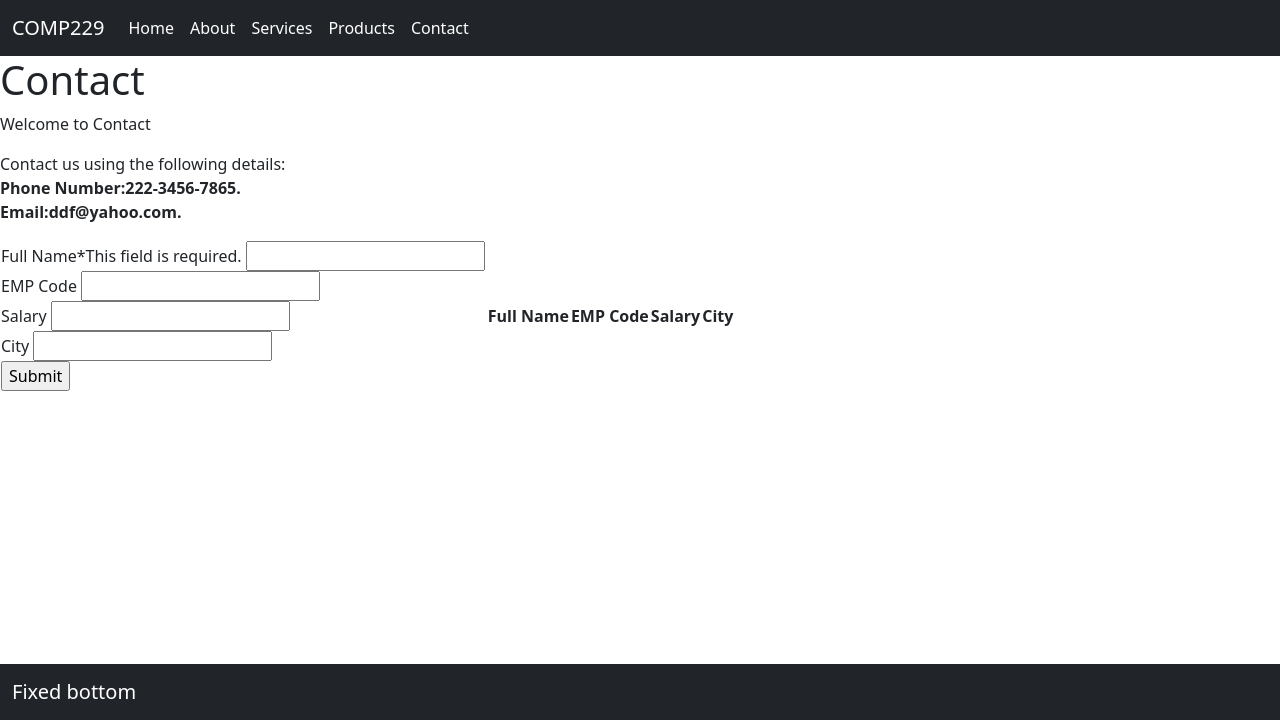
Repository: BlessingAjiboye/WEEJ4JULIO
Page: http://localhost/contact
These files come from the project's save history. The page is drawn as it stood at one moment and after the next save; the edit follows.
The browser window is 1280 px wide. The pictures show the whole page.
Some web fonts or font styles are not loaded; a fallback is used. The page is served by the project's Node server (server.js).

Above is the page before, as saved 2022-09-27 17:46:06.

After the next save:
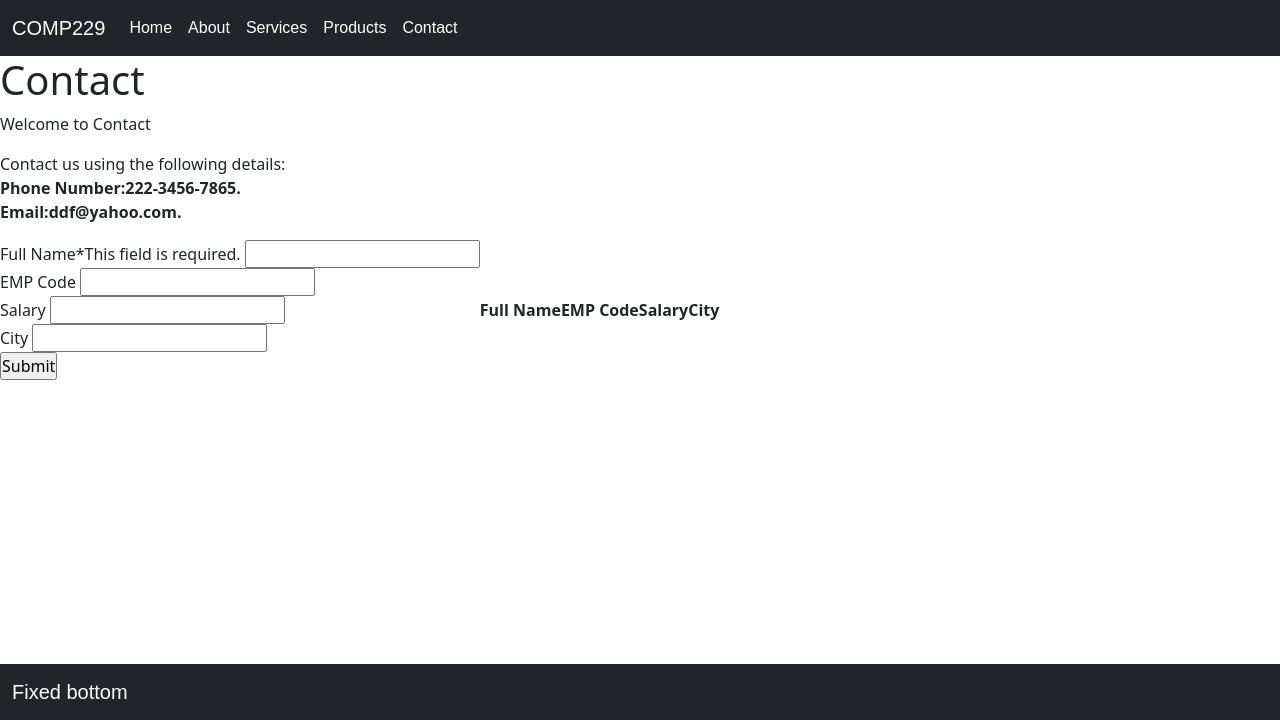
Saved 2 min 11 s later.
--- a/views/Contact.ejs
+++ b/views/Contact.ejs
@@ -1,6 +1,6 @@
 <%-include partials/header.ejs%>
 <%-include partials/main_nav.ejs%>
-
+<link rel='stylesheet' href='/Content/style.css' />
 
 
   <h1><%= title %></h1>

After the save that followed:
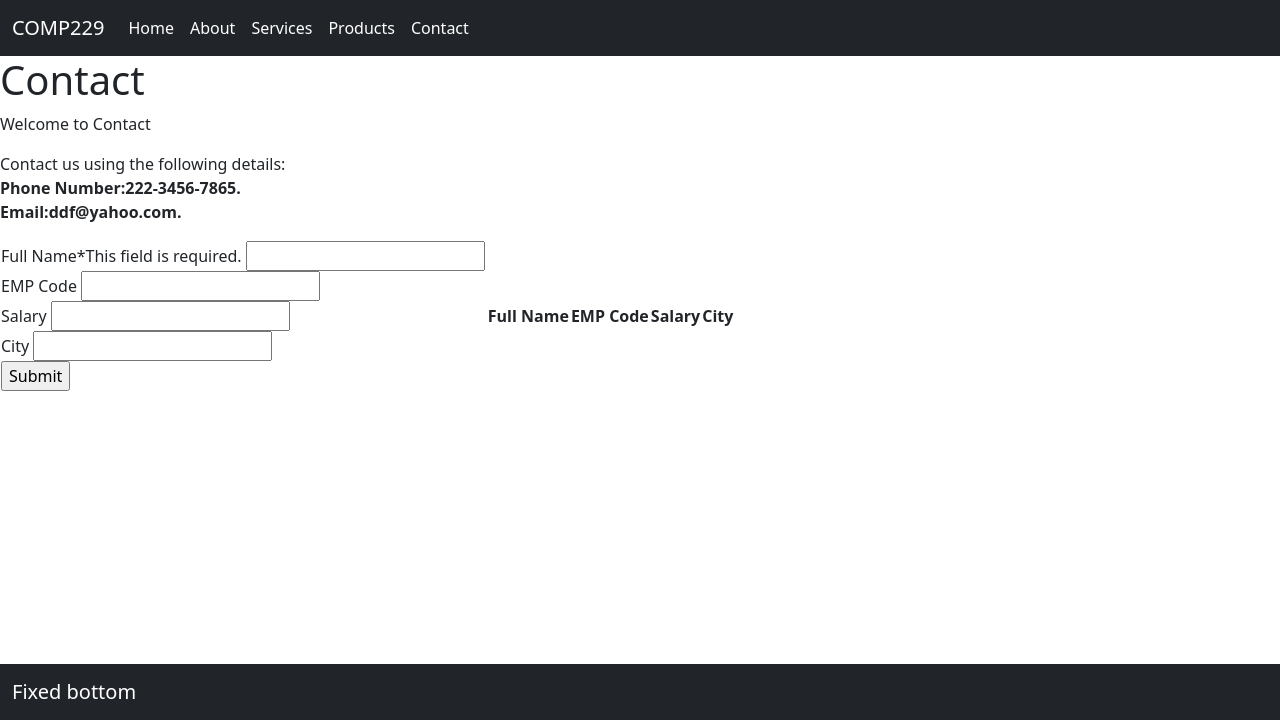
Saved 86 s later.
--- a/views/Contact.ejs
+++ b/views/Contact.ejs
@@ -1,6 +1,6 @@
 <%-include partials/header.ejs%>
 <%-include partials/main_nav.ejs%>
-<link rel='stylesheet' href='/Content/style.css' />
+
 
 
   <h1><%= title %></h1>
